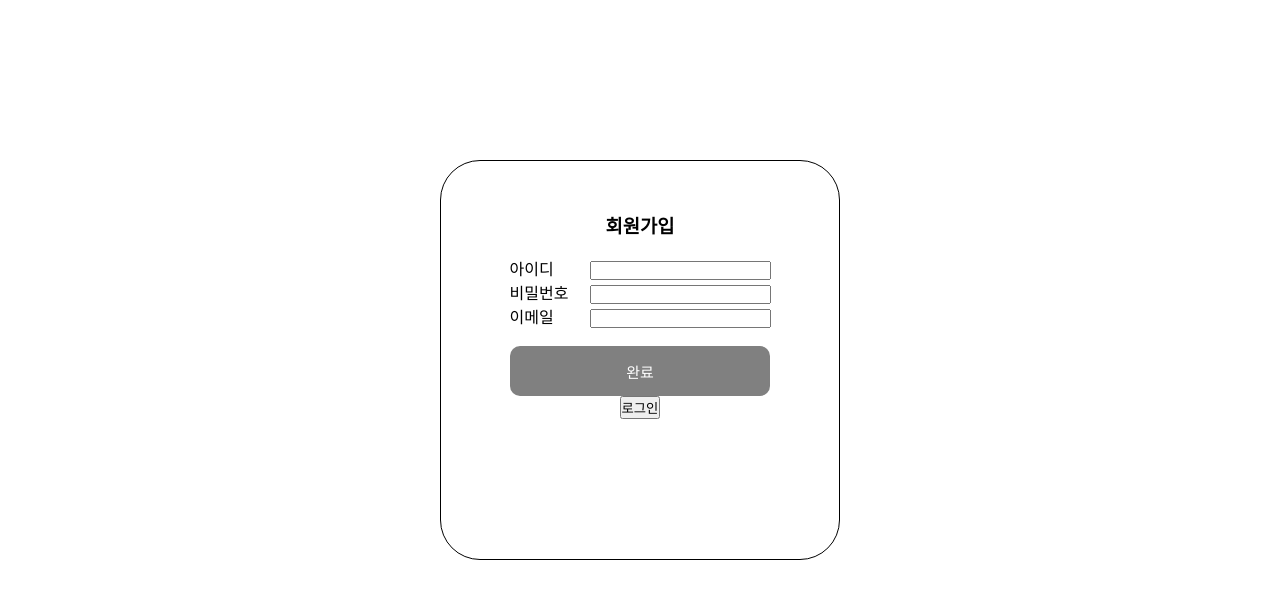
Repository: KGH1125/jsp_project
Page: http://localhost/jsp_project4/member/join.jsp
An editor plug-in stored every save of this project. The page is shown before and after a run of saves, followed by the edit.
The browser window is 1280 px wide. The pictures show the whole page.
The page is served by Tomcat 9. Other server files are loaded and not shown.

Above is the page before, as saved 2023-05-30 03:16:31.

### jsp_project4/jsp_project4/src/main/webapp/member/join.jsp
<%@ page language="java" contentType="text/html; charset=UTF-8"
	pageEncoding="UTF-8"%>
<!DOCTYPE html>
<html>
<head>
<meta charset="UTF-8">
<title>회원가입</title>
<style type="text/css">
* {
	margin: 0;
	padding: 0;
	box-sizing: border-box;
}

.mainbox {
	width: 400px;
	height: 400px;
	border: 1px solid black;
	border-radius: 10%;
	left: 50%;
	top: 50%;
	position: absolute;
	transform: translate(-50%, -50%);
	text-align: center;
	padding: 50px;
}

.tspan {
	display: inline-block;
	width: 80px;
	text-align: left;
}

.joinbtn {
	width: 260px;
	height: 50px;
	color: white;
	background-color: gray;
	font-size: 15px;
	border: none;
	border-radius: 10px
}

.joinbtn:hover {
	cursor: pointer;
}

.loginbtn:hover {
	cursor: pointer;
}
</style>
</head>
<body>
	<div class="mainbox">
		<form action="/mem/join" method="post">
			<h3>회원가입</h3>
			<br> <span class="tspan">아이디</span><input type="text" name="id"><br>
			<span class="tspan">비밀번호</span><input type="password" name="password"><br>
			<span class="tspan">이메일</span><input type="email" name="eamil"><br>
			<br>
			<button class="joinbtn" type="submit">완료</button>
		</form>
		<a href="/"><button class="loginbtn">로그인</button></a>


	</div>
</body>
</html>

After the next 2 saves:
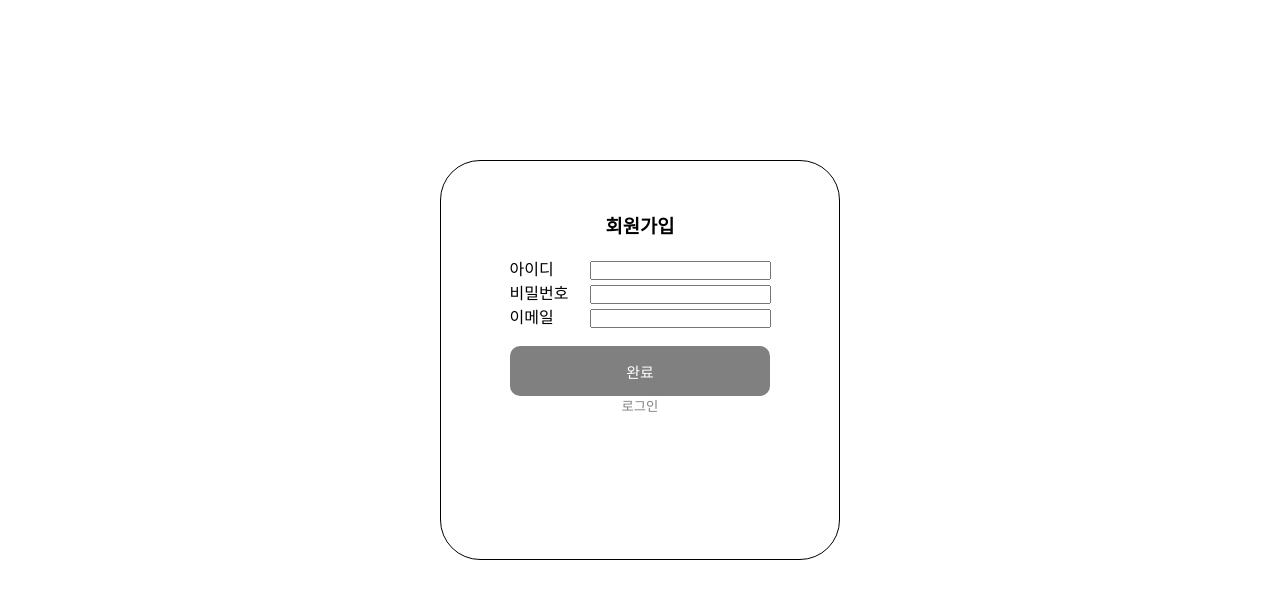
The 2 saves are shown as one change because they came seconds apart.
The last was saved 36 s later.
--- a/jsp_project4/jsp_project4/src/main/webapp/member/join.jsp
+++ b/jsp_project4/jsp_project4/src/main/webapp/member/join.jsp
@@ -41,6 +41,12 @@
 	border-radius: 10px
 }
 
+.loginbtn {
+	color: gray;
+	border: none;
+	background: none;
+}
+
 .joinbtn:hover {
 	cursor: pointer;
 }
@@ -62,7 +68,6 @@
 		</form>
 		<a href="/"><button class="loginbtn">로그인</button></a>
 
-
 	</div>
 </body>
 </html>
